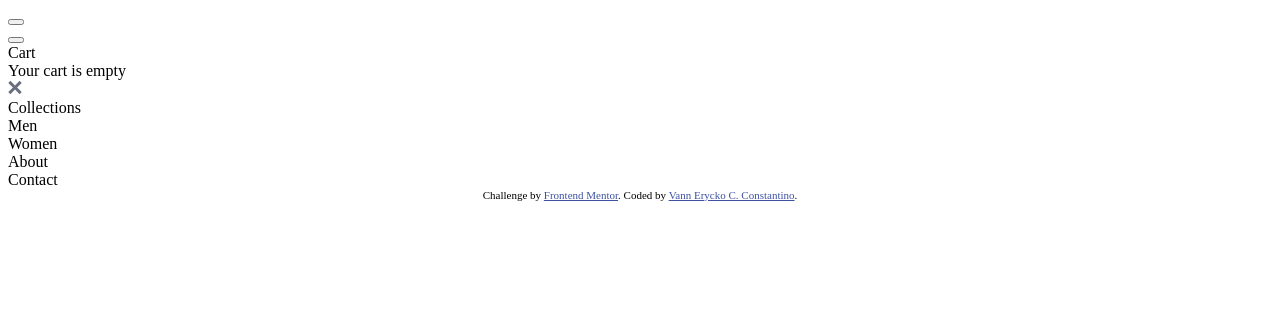
Repository: kocokoy/ecommerce-product-page
Page: src/template.html
The author's editor kept a copy of each file at every save. The page is drawn from the files as they stood at one save, then again after the next save.
The browser window is 1280 px wide. The pictures show the whole page.
Some web fonts or font styles are not loaded; a fallback is used.

Above is the page before, as saved 2024-11-21 10:41:37.

### src/template.html
<!DOCTYPE html>
<html lang="en">
<head>
  <meta charset="UTF-8">
  <meta name="viewport" content="width=device-width, initial-scale=1.0"> <!-- displays site properly based on user's device -->

  <link rel="icon" type="image/png" sizes="32x32" href="./images/favicon-32x32.png">
  <link rel="preconnect" href="https://fonts.googleapis.com">
  <link rel="preconnect" href="https://fonts.gstatic.com" crossorigin>
  <link href="https://fonts.googleapis.com/css2?family=Karla:ital,wght@0,200..800;1,200..800&family=Kumbh+Sans:wght@100..900&family=Playfair+Display:ital,wght@0,400..900;1,400..900&family=Plus+Jakarta+Sans:ital,wght@0,200..800;1,200..800&family=Red+Hat+Text:ital,wght@0,300..700;1,300..700&display=swap" rel="stylesheet">
  <title>Frontend Mentor | E-commerce product page</title>
  <style>
    .attribution { font-size: 11px; text-align: center; }
    .attribution a { color: hsl(228, 45%, 44%); }
  </style>
</head>
<body>
  <div class="content">
    <header>
      <div class="header-img"></div>
      <div class="header-title"></div>
      <div class="header-img header-cart">
        <div class="item-quantity"></div>
      </div>
      <div class="header-img"></div>
    </header>
    <container class="image-carousel">
      <div class="image">
        <button class="image-carousel-back-btn"></button>
        <div class="image-carousel-image"></div>
        <button class="image-carousel-forward-btn"></button>
      </div>
      <div class="cart">
        <div class="cart-title">Cart</div>
        <div class="cart-content">Your cart is empty</div>
        </div>
    </container>
    <container class="menu-bar">
      <img src="/images/icon-close.svg" alt="">
      <div>Collections</div>
      <div>Men</div>
      <div>Women</div>
      <div>About</div>
      <div>Contact</div>
    </container>
    <container class="item-info">
      <div class="item-info-text">
      </div>
      <div class="item-info-price">
      </div>
      <div class="item-info-quantity">
      </div>
      <div class="item-info-button">
      </div>
    </container>
  </div>
  <div class="attribution">
    Challenge by <a href="https://www.frontendmentor.io?ref=challenge" target="_blank">Frontend Mentor</a>.
    Coded by <a href="#">Vann Erycko C. Constantino</a>.
  </div>
</body>
</html>

After the next save:
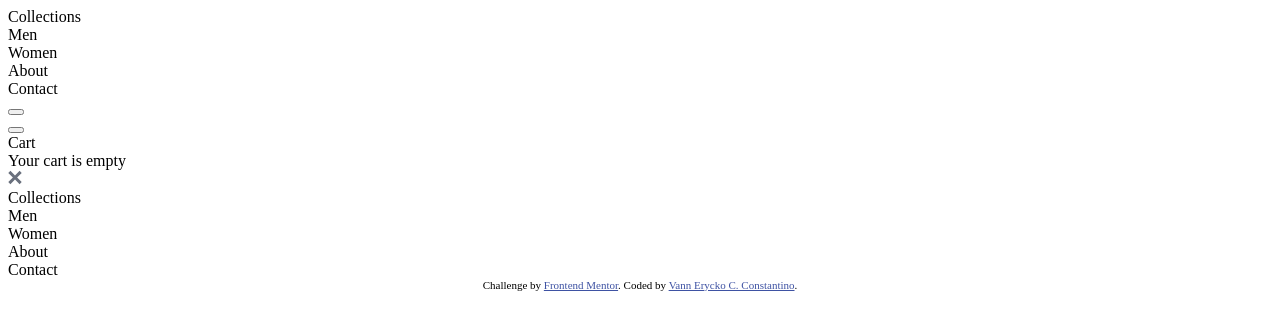
Saved 46 min 43 s later.
--- a/src/template.html
+++ b/src/template.html
@@ -19,6 +19,13 @@
     <header>
       <div class="header-img"></div>
       <div class="header-title"></div>
+      <div class="header-nav">
+        <div>Collections</div>
+        <div>Men</div>
+        <div>Women</div>
+        <div>About</div>
+        <div>Contact</div>
+      </div>
       <div class="header-img header-cart">
         <div class="item-quantity"></div>
       </div>
